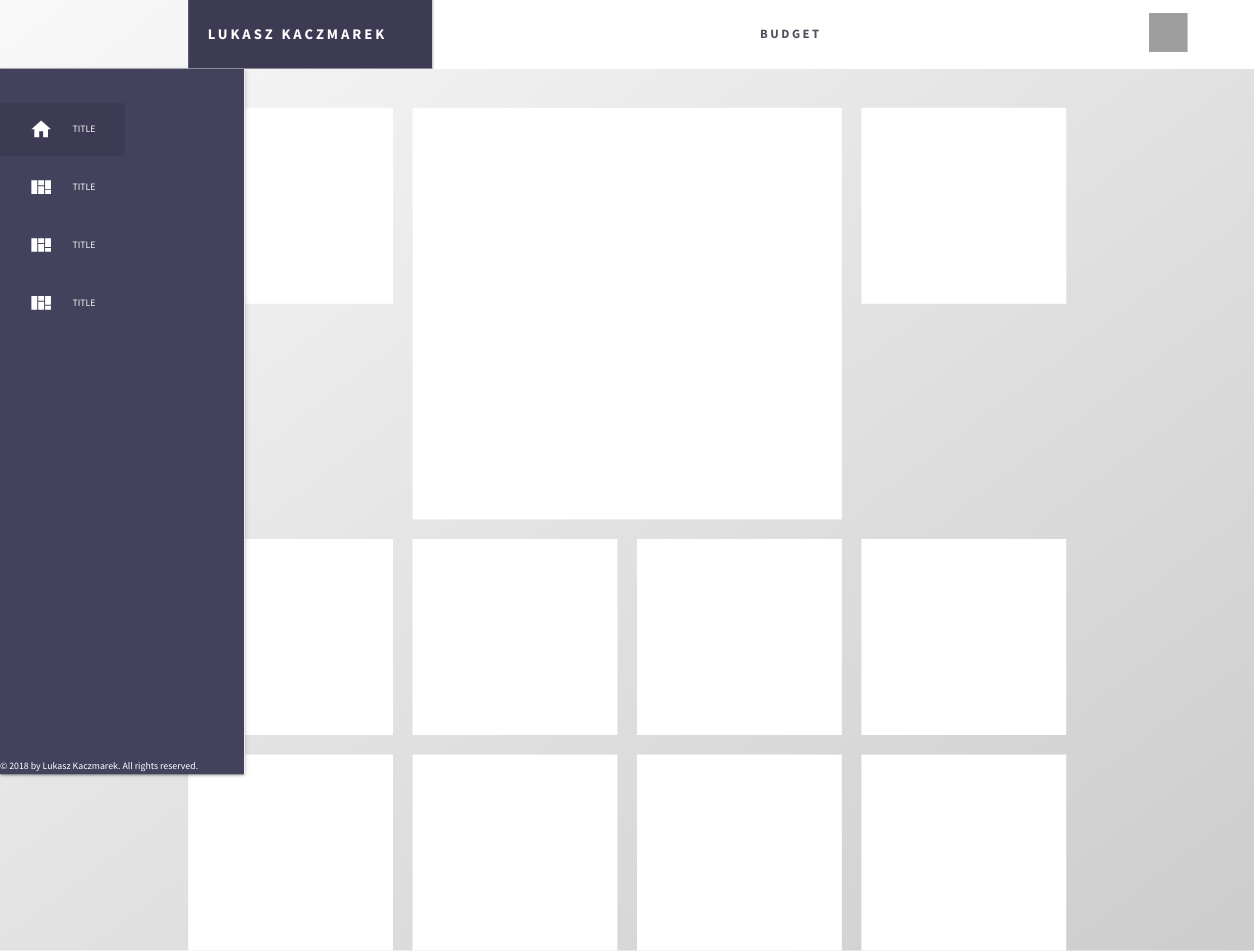
Repository: Archezi/BudgetApplication
Page: index.html
These files come from the project's save history. The page is drawn as it stood at one moment and after the next save; the edit follows.
The browser window is 1280 px wide. The pictures show the whole page, at 98% of full size.
Pictures or frames that could not be fetched are drawn as grey boxes. The style sheet was rebuilt from its Sass, Less or Tailwind sources for each picture, by a compiler version that may differ from the author's.

Above is the page before, as saved 2018-08-29 17:21:46.

### index.html
<!DOCTYPE html>
<html lang="en">
<head>
    <meta charset="UTF-8">
    <meta name="viewport" content="width=device-width, initial-scale=1.0">
    <meta http-equiv="X-UA-Compatible" content="ie=edge">
    <link href="https://fonts.googleapis.com/css?family=Source+Sans+Pro:300,400,700" rel="stylesheet">
    <!--Import Google Icon Font-->
    <link href="https://fonts.googleapis.com/icon?family=Material+Icons" rel="stylesheet">
    <!--Import materialize.css-->
    <link type="text/css" rel="stylesheet" href="css/materialize.min.css"  media="screen,projection"/>
    <!-- Website style.css-->
    <link rel="stylesheet" href="css/style.comp.css">

    <title>Budget Application</title>

</head>
<body>
   <div class="container">
        <header class="header">
            <div class="logo">
                <h1>Lukasz Kaczmarek</h1>
            </div>
            <div class="page_title">
                <h2>Budget</h2>
            </div>
            <div class="user-nav">
                <div class="user-nav__icon"></div>
                <div class="user-nav__profile">
                    <img src="https://source.unsplash.com/random/40x40" alt="">
                </div>
            </div>
        </header>

        <div class="content">
            <nav class="sidebar">
                <ul class="side-nav">
                    <li class="side-nav__item side-nav__item--active">
                        <a href="#" class="side-nav__link">
                                <svg class="side-nav__icon" style="width:24px;height:24px" viewBox="0 0 24 24">
                                    <path fill="#fff" d="M10,20V14H14V20H19V12H22L12,3L2,12H5V20H10Z" />
                                </svg>
                            <span>Title</span>
                        </a>
                    </li>
                    <li class="side-nav__item ">
                        <a href="#" class="side-nav__link">
                            <svg class="side-nav__icon" style="width:24px;height:24px" viewBox="0 0 24 24">
                                <path fill="#000000" d="M2,5V19H8V5H2M9,5V10H15V5H9M16,5V14H22V5H16M9,11V19H15V11H9M16,15V19H22V15H16Z" />
                            </svg>
                            <span>Title</span>
                        </a>
                    </li>
                    <li class="side-nav__item ">
                        <a href="#" class="side-nav__link">
                            <svg class="side-nav__icon" style="width:24px;height:24px" viewBox="0 0 24 24">
                                <path fill="#000000" d="M2,5V19H8V5H2M9,5V10H15V5H9M16,5V14H22V5H16M9,11V19H15V11H9M16,15V19H22V15H16Z" />
                            </svg>
                            <span>Title</span>
                        </a>
                    </li>
                    <li class="side-nav__item ">
                        <a href="#" class="side-nav__link">
                            <svg class="side-nav__icon" style="width:24px;height:24px" viewBox="0 0 24 24">
                                <path fill="#000000" d="M2,5V19H8V5H2M9,5V10H15V5H9M16,5V14H22V5H16M9,11V19H15V11H9M16,15V19H22V15H16Z" />
                            </svg>
                            <span>Title</span>
                        </a>
                    </li>
                </ul>

                <div class="legal">
                    &copy; 2018 by Lukasz Kaczmarek. All rights reserved.
                </div>
            </nav>

            <div class="main">
                <div class="budget">
                    <div class="income-panel"> </div>
                    <div class="history-panel"></div>
                    <div class="expenses-panel"></div>
                </div>
                <div class="statistics">
                    <div class="net-profit-panel"></div>
                    <div class="tax-panel"></div>
                    <div class="savings-panel"></div>
                    <div class="projections"></div>

                </div>
                <div class="statistics">
                    <div class="net-profit-panel"></div>
                    <div class="tax-panel"></div>
                    <div class="savings-panel"></div>
                    <div class="projections"></div>

                </div>



            </div>


        </div>




   </div>

   <!-- Compiled and minified JavaScript -->
   <script src="https://cdnjs.cloudflare.com/ajax/libs/materialize/1.0.0-rc.2/js/materialize.min.js"></script>
</body>
</html>

### sass/main.scss
@import "base/reset";
@import "base/base";
@import "base/typography";

@import "abstracts/variables";
@import "components/mainComponent";
@import "components/layout";

### sass/base/_base.scss
:root {
    --color-primary: #eb2f64;
    --color-primary-light: #FF3366;
    --color-primary-dark: #BA265D;

    --color-background-dark: #3C3B53;
    --color-background-light: #43425D;

    --color-grey-light-1: #faf9f9;
    --color-grey-light-2: #f4f2f2;
    --color-grey-light-3: #f0eeee;
    --color-grey-light-4: #ccc;

    --color-grey-dark-1: #333;
    --color-grey-dark-2: #4D4F5C;
    --color-grey-dark-3: #999;
    --color-white: #fff;
    --shadow-dark: 0 2rem 6rem rgba(0,0,0,.3);
    --shadow-light: 0 2rem 5rem rgba(0,0,0,.06);

    --line: 1px solid var(--color-grey-light-2);
}

$bp-largest: 75em;     // 1200px
$bp-large: 68.75em;    // 1100px
$bp-medium: 56.25em;   // 900px
$bp-small: 37.5em;     // 600px
$bp-smallest: 31.25em; // 500px

* {
    margin: 0;
    padding: 0;
}

*,
*::before,
*::after {
    box-sizing: inherit;
}

html {
    box-sizing: border-box;
    font-size: 62.5%; // 1rem = 10px, 10px/16px = 62.5%

    @media only screen and (max-width: $bp-large) {
        font-size: 50%;
    }
}

body {


    color: var(--color-grey-dark-2);
    background-image: linear-gradient(to right bottom, var(--color-grey-light-1), var(--color-grey-light-4));
    background-size: cover;
    background-repeat: no-repeat;

    min-height: 100vh;
}

### sass/base/_typography.scss
body {

    font-weight: 400;
    line-height: 1.6;
    font-family: 'Source Sans Pro', sans-serif;
    text-rendering: optimizeLegibility;
    -webkit-font-smoothing: antialiased;

}

### sass/abstracts/_variables.scss
$header-height: 7rem;
$sidebar-width: 25rem;
$main: calc(4rem + $header-height );
$fraction: 1fr;

### sass/components/_mainComponent.scss

//////////////////////////////////////////
// Header

.logo {
    width: 25rem;
    padding: 0 2rem;

    border-right: var(--line);
    background: var(--color-background-dark);
    h1 {

        align-self: center;
        font-size: 1.5rem;
        font-weight: 700;
        line-height: 2rem;
        letter-spacing: 0.2em;
        text-transform: uppercase;
        padding: 2.5rem 0;
        color: var(--color-white);

    }
}
.page_title {
    width: 30rem;
    text-align: center;
    h2 {
        font-size: 1.3rem;
        font-weight: 700;
        letter-spacing: 0.2em;
        text-transform: uppercase;
    }
}
.user-nav {
    width: 30rem;
}



.side-nav {
    font-size: 1.5rem;
    list-style: none;
    margin-top: 3.5rem;

    &__item {
        position: relative;

        &:not(:last-child) {
            margin-bottom: .5rem;
        }
    }
    &__item::before {
        content: "";
        position: absolute;
        top: 0;
        left: 0;
        height: 100%;
        width: 3px;
        background-color: var(--color-background-dark);
        transform: scaleY(0);
        transition: transform .2s,
                    width .4s cubic-bezier(1,0,0,1) .2s,
                    background-color .1s;
    }

    &__item:hover::before,
    &__item--active::before {
        transform: scaleY(1);
        width: 100%;
    }

    &__item:active::before {
        background-color: var(--color-background-light);
    }

    &__link:link,
    &__link:visited {
        color: var(--color-grey-light-1);
        text-decoration: none;
        text-transform: uppercase;
        display: block;
        padding: 1.5rem 3rem;
        position: relative;
        z-index: 10;

        display: flex;
        align-items: center;

        @media only screen and (max-width: $bp-medium) {
            justify-content: center;
            padding: 2rem;
        }

        @media only screen and (max-width: $bp-small) {
            flex-direction: column;
            padding: 1.5rem .5rem;
        }
    }

    &__icon {
        width: 1.75rem;
        height: 1.75rem;
        margin-right: 2rem;
        fill: currentColor;
        path {
            fill: #fff;
        }
        @media only screen and (max-width: $bp-small) {
            margin-right: 0;
            margin-bottom: .7rem;
            width: 1.5rem;
            height: 1.5rem;
        }
    }
}

### sass/components/_layout.scss
.container {
    max-width: 100%;
    min-height: 100vh;
    margin: 0 auto;

}

.header {
    height: $header-height;
    background: var(--color-white);
    position: fixed;
    top: 0;
    width: 100%;
    display: flex;
    justify-content: space-between;
    align-items: center;
    z-index: 1000;
}
.content {

}
.sidebar {
    border-right: var(--line);
    background-color: var(--color-background-light);
    position: fixed;
    left: 0;
    top: 0;
    width: 25rem;
    margin-top: $header-height;
    // width: 25rem;
    display: flex;
    flex-direction: column;
    justify-content: space-between;
    min-height: calc(100vh );
    z-index: 999;
}
.main {
    margin-top: $main;
    // padding: $main 4rem 7rem 29rem;
    width: 100%;
    min-height: calc(100vh - 7rem);
    display: grid;
    grid-gap: 2rem;
    grid-auto-rows: minmax(20rem, auto);
    .budget {
        display: grid;
        grid-gap: 2rem;
        grid-template-columns: repeat(4, 1fr);
        grid-row: span 2;
        & > * {
            background: var(--color-white);
        }
        .history-panel {
            grid-column: 2 / span 2;
            grid-row: 1 / span 2;
            grid-auto-rows: $fraction;
        }
    }

    .statistics {
        display: grid;
        grid-gap: 2rem;
        grid-template-columns: repeat(4, 1fr);

        & > * {
            background: var(--color-white);
        }

    }
}
.footer {
    position: absolute;
    bottom: 0;
    background: var(--color-white);
    z-index: 1;
    height: $header-height;
    width: calc(100%);
    z-index: 100;
}

Loaded but not shown: css/materialize.min.css (library); sass/base/_reset.scss (common file)

After the next save:
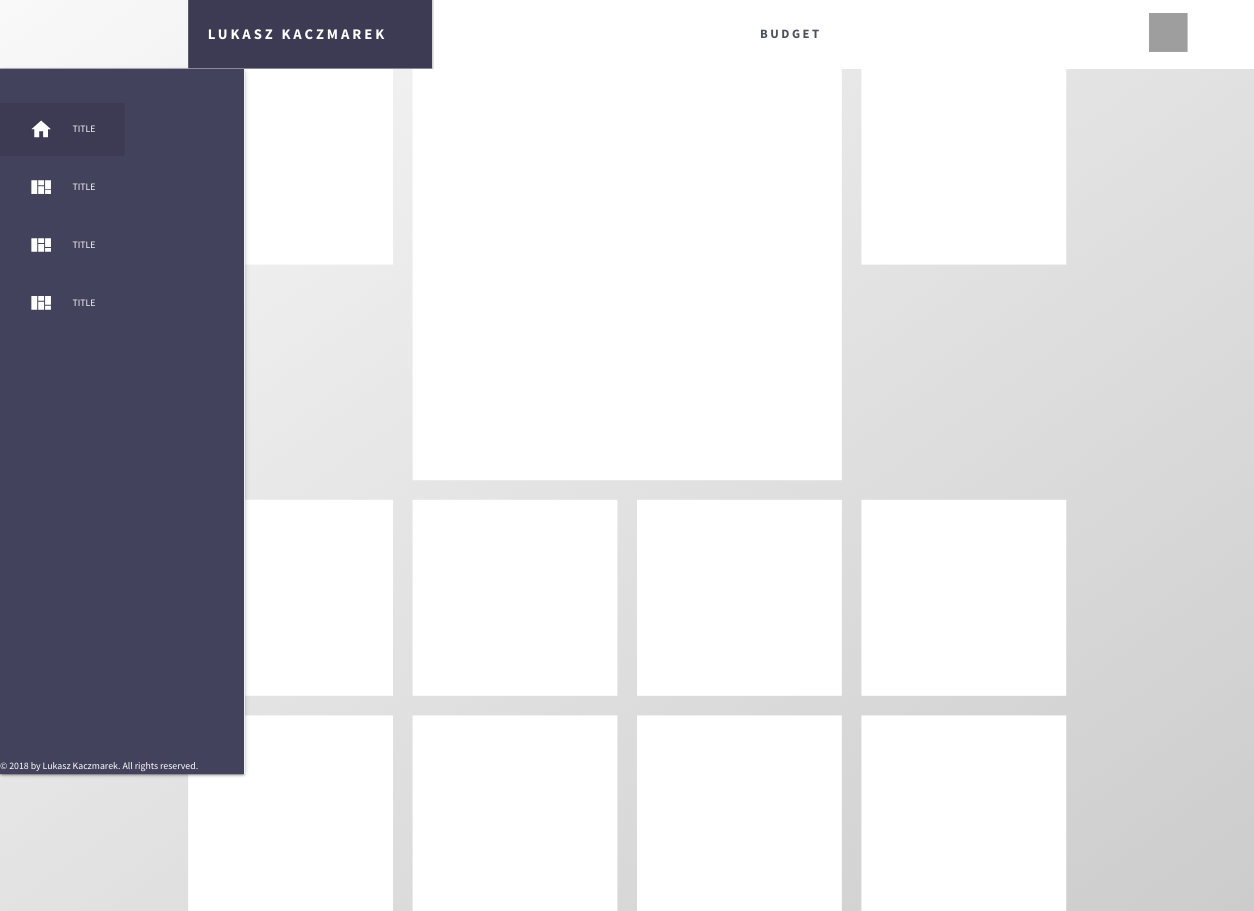
Saved 34 s later.
--- a/sass/components/_layout.scss
+++ b/sass/components/_layout.scss
@@ -35,7 +35,7 @@
     z-index: 999;
 }
 .main {
-    margin-top: $main;
+    margin-top: 7rem;
     // padding: $main 4rem 7rem 29rem;
     width: 100%;
     min-height: calc(100vh - 7rem);
